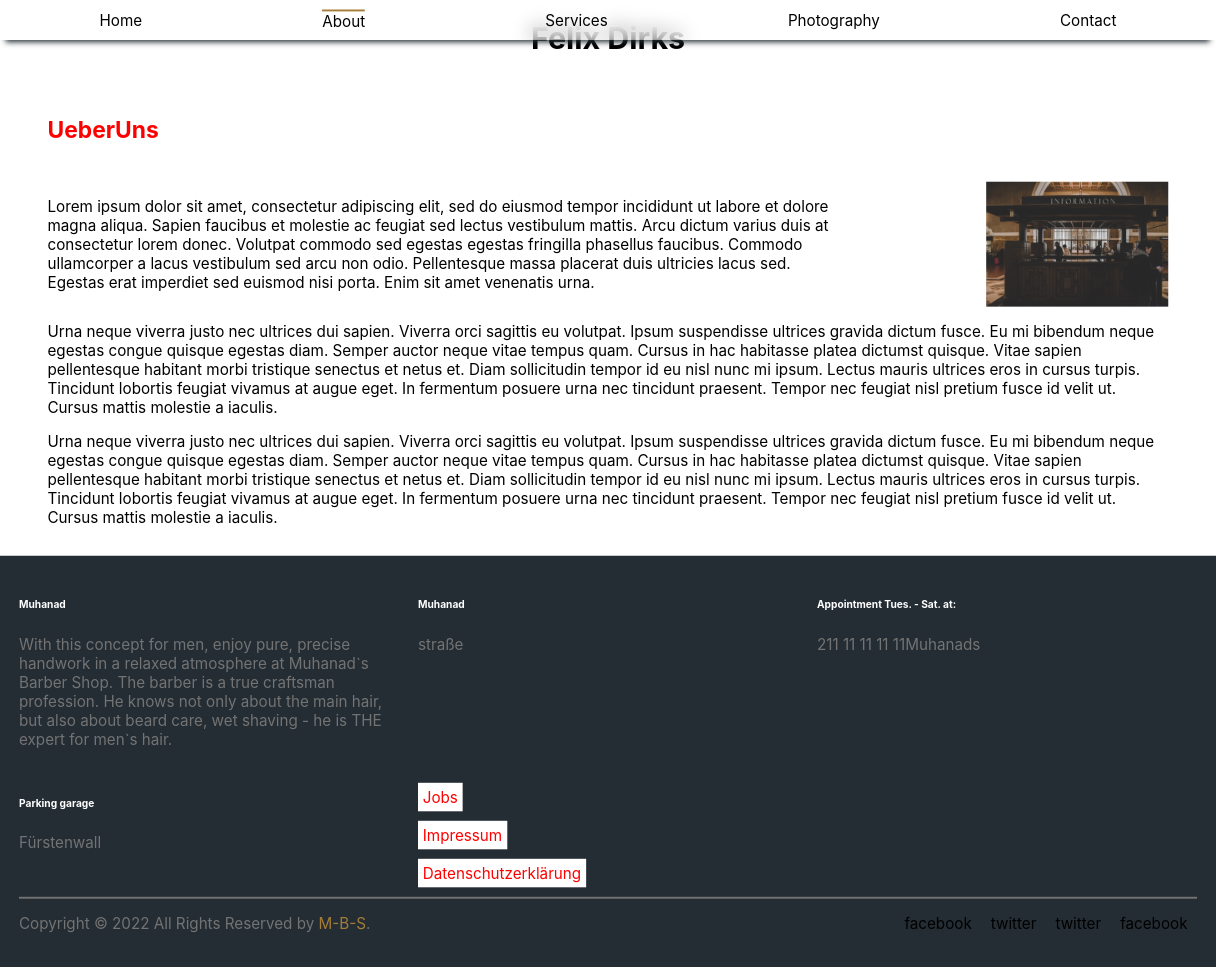
Repository: muhanad-musawi/backend-projekt-frondend
Page: /About (app in pohtographer/)
An editor plug-in stored every save of this project. The page is shown before and after the next save, followed by the edit.
The browser window is 1280 px wide. The pictures show the whole page, at 95% of full size.
The project was rebuilt for these pictures with package versions that can differ from the ones it lists, and the page was loaded fresh each time. The framework's server and built-in components were replaced by stand-ins that run in the browser. Also part of the build but not shown: pohtographer/next.config.js.

Above is the page before, as saved 2022-03-27 16:18:54.

### pohtographer/pages/_app.js
import '../styles/globals.css'
import Layout from '../layouts/default'

function MyApp({ Component, pageProps }) {


  const getLayout = Component.getLayout
  || ((page) => (<Layout>{page}</Layout>))

  return  getLayout (<Component {...pageProps} />


  )

}

export default MyApp

### pohtographer/pages/About.jsx

import styles from '../styles/main.module.css'
import Image from 'next/image'
import imgA from '../img/philip-strong-iOBTE2xsYko-unsplash.jpg'


function UeberUns() {
  return (
    <div>

    <div className={styles.mainContent}  >

    <h2 className={styles.hTwo} >UeberUns</h2>

    <div  className={styles.imgText} >
    <p className={styles.text} >Lorem ipsum dolor sit amet, consectetur adipiscing elit, sed do eiusmod tempor incididunt ut labore et dolore magna aliqua. Sapien faucibus et molestie ac feugiat sed lectus vestibulum mattis. Arcu dictum varius duis at consectetur lorem donec. Volutpat commodo sed egestas egestas fringilla phasellus faucibus. Commodo ullamcorper a lacus vestibulum sed arcu non odio. Pellentesque massa placerat duis ultricies lacus sed. Egestas erat imperdiet sed euismod nisi porta. Enim sit amet venenatis urna.
    </p>
    <Image width={192}  height={118} src={imgA} alt="" />
    </div>

    <p  className={styles.text}>Urna neque viverra justo nec ultrices dui sapien. Viverra orci sagittis eu volutpat. Ipsum suspendisse ultrices gravida dictum fusce. Eu mi bibendum neque egestas congue quisque egestas diam. Semper auctor neque vitae tempus quam. Cursus in hac habitasse platea dictumst quisque. Vitae sapien pellentesque habitant morbi tristique senectus et netus et. Diam sollicitudin tempor id eu nisl nunc mi ipsum. Lectus mauris ultrices eros in cursus turpis. Tincidunt lobortis feugiat vivamus at augue eget. In fermentum posuere urna nec tincidunt praesent. Tempor nec feugiat nisl pretium fusce id velit ut. Cursus mattis molestie a iaculis.</p>

    <p className={styles.text}>
    Urna neque viverra justo nec ultrices dui sapien. Viverra orci sagittis eu volutpat. Ipsum suspendisse ultrices gravida dictum fusce. Eu mi bibendum neque egestas congue quisque egestas diam. Semper auctor neque vitae tempus quam. Cursus in hac habitasse platea dictumst quisque. Vitae sapien pellentesque habitant morbi tristique senectus et netus et. Diam sollicitudin tempor id eu nisl nunc mi ipsum. Lectus mauris ultrices eros in cursus turpis. Tincidunt lobortis feugiat vivamus at augue eget. In fermentum posuere urna nec tincidunt praesent. Tempor nec feugiat nisl pretium fusce id velit ut. Cursus mattis molestie a iaculis.
    </p>

  </div>

  </div>
  )
}

export default UeberUns

### pohtographer/styles/globals.css
html,
body {
  padding: 0;
  margin: 0;
  font-family: -apple-system, BlinkMacSystemFont, Segoe UI, Roboto, Oxygen,
    Ubuntu, Cantarell, Fira Sans, Droid Sans, Helvetica Neue, sans-serif;
}

a {
  color: inherit;
  text-decoration: none;
}

* {
  box-sizing: border-box;
}

### pohtographer/layouts/default.jsx

import Header from '../components/Header'

import Footer from '../components/Footer'
import Head from 'next/head'


function Layout ({children}) {
  return (
    <div>
       <Header/>
       <Head>
        <title>my-App</title>
        <meta name="description" content="Generated by create next app" />
        <link rel="icon" href="/favicon.ico" />
      </Head>
      {children}
      <Footer/>
    </div>
  )
}

export default Layout

### pohtographer/styles/main.module.css


.mainContent{
  margin: 30px 50px;
}

.hTwo {
  color: red;
  margin: 40px 0px;
}

.text{
  text-align: left;


}

.imgText{
  display: flex;
  justify-content: space-between;
}

.imgText p {
  width: 70%;
 }

### pohtographer/components/Header.jsx
import Link from 'next/link'
import Image from 'next/image'
import home from '../img/home.svg'
import about from '../img/about.svg'
import service from '../img/service.svg'
import experience from '../img/experience.svg'
import contact from '../img/contact.svg'

import styles from '../styles/Header.module.css'
import { useRouter } from "next/router";



function Header() {

  const router = useRouter();

  return (
    <div className={styles.navbarCenter} >
      <h1 className={styles.logoName}>Felix Dirks</h1>
    <div className={styles.headerLinks}>

        <Link href="/">
          <a className={router.pathname == "/" ? styles.active : ""}><span className={styles.desktopVersion}>Home</span>
        <span className={styles.mobileVersion}>

          <span className={styles.img}> <Image  src={home} alt="home" /></span>


        </span></a>
        </Link>

        <Link href="/About">
          <a className={router.pathname == "/About" ? styles.active : ""}>
          <span className={styles.desktopVersion}>About</span>
        <span className={styles.mobileVersion}>


        <span className={styles.img} ><Image   src={about} alt="about" /></span>

        </span>
          </a>
        </Link>

        <Link href="/Services">
          <a className={router.pathname == "/Services" ? styles.active  : ""}>
          <span className={styles.desktopVersion}>Services</span>
        <span className={styles.mobileVersion}>

          <span className={styles.img}><Image  src={service} alt="service" /></span>


        </span>
          </a>
        </Link>

        <Link href="/Photography">
          <a className={router.pathname == "/Photography" ? styles.active  : ""}>
          <span className={styles.desktopVersion}>Photography</span>
        <span className={styles.mobileVersion}>

          <span className={styles.img} > <Image  src={home} alt="home" /></span>


        </span>
          </a>
        </Link>

        <Link href="/Contact">
          <div className={router.pathname == "/Contact" ? styles.active : ""}>
          <span className={styles.desktopVersion}>Contact</span>

        <span className={styles.mobileVersion}>

          <span className={styles.img} ><Image  src={contact} alt="contact" /></span>

        </span>
          </div>
        </Link>

        </div>

    </div>
  )
}

export default Header

### pohtographer/components/Footer.jsx
import Link from "next/link";
import styles from "../styles/Footer.module.css";

function Footer() {
  return (
    <div className={styles.footer}>

    <div className={styles.startFooter}>
      <div className={styles.conceptText}>
        <h6>Muhanad</h6>
        <p>
          With this concept for men, enjoy pure, precise handwork in a relaxed
          atmosphere at Muhanad`s Barber Shop. The barber is a true craftsman
          profession. He knows not only about the main hair, but also about
          beard care, wet shaving - he is THE expert for men`s hair.
        </p>
      </div>

      <div className={styles.adresseLink}>
        <h6>Muhanad</h6>
        <div>
          <Link href="'">straße</Link>
        </div>
      </div>

      <div className={styles.openingContactDetails}>
        <h6>Appointment Tues. - Sat. at:</h6>
        <div>
          <Link href="'">211 11 11 11 11</Link>
          <Link href="'">Muhanads</Link>
        </div>
      </div>

      <div className={styles.parkingGarage}>
        <h6>Parking garage</h6>
        <div>
          <Link href="'">Fürstenwall</Link>
        </div>
      </div>

      <div className={styles.jobsImpressumDatenschutzerklärungLink}>
      <div><Link href="#1">Jobs</Link></div>
      <div><Link href="#2">Impressum</Link></div>
       <div><Link href="#3">Datenschutzerklärung</Link></div>
      </div>
       </div>


      <div className={styles.endFooter}>

        <div className={styles.copyrightLink}>
          <p>
           Copyright &copy; 2022 All Rights Reserved by
           <span className={styles.link}><Link href="#">  M-B-S</Link></span>.
          </p>
        </div>

        <div className={styles.socialMedia}>
          <ul className={styles.socialMediaUl}>
            <li>
              <span><Link href="#">facebook</Link></span>

            </li>
            <li>
              <span><Link href="#">twitter</Link></span>

            </li>
            <li>
              <span><Link href="#">twitter </Link></span>

            </li>
            <li>
              <span><Link href="#">facebook</Link></span>
            </li>
          </ul>
        </div>
      </div>
    </div>
  );
}

export default Footer;

### pohtographer/styles/Header.module.css
/*
$color-white:#ffffff;
$footer-color:#737373;
$color-gold:#a57d38;
$color-dark:#242d34;
*/




.navbarCenter {
  width: 100%;
  display: flex;
  justify-content: center;

}

.headerLinks {
  -webkit-backdrop-filter: blur(10px);
  backdrop-filter: blur(10px);
  background-color: rgba(255, 255, 255, 0.5);

  margin: auto auto;
  padding: 10px;
  margin-bottom: 50px;
  display: flex;
  justify-content: space-around;
  align-items: center;

  border-radius: 40px;
  overflow: hidden;
  position: fixed;
  bottom: 0;
  width: 85%;
}

.mobileVersion {
  display: flex;
  justify-content: center;
  align-items: center;
  visibility: visible;
  border: 1px solid #a57d38;
  border-radius: 60%;
}

.mobileVersion:hover {
  border: 1px solid #a57d38;
  background-color: #242d34;
  border-radius: 60%;
}

.active {
  background-color: #242d34;
  border-radius: 60%;
  border: 2px solid #a57d38;
}

.img {
  width: 40px;
  margin: 5px;
  margin-left: 10px;
  margin-right: 10px;
  margin-top: 10px;
}

.desktopVersion {
  display: none;
  visibility: hidden;
}



@media screen and (min-width: 1024px) {

  .navbarCenter {

    position: sticky;
    overflow: hidden;
    z-index: 2;
    top: 0;

    width: 100%;
  }


  .headerLinks {
    width: 100%;
    -webkit-backdrop-filter: blur(10px);
    backdrop-filter: blur(10px);
    background-color: rgba(255, 255, 255, 0.5);


    justify-content: space-around;
    margin-top: 0px;
    margin-bottom: 0px;
    border-radius: 0;
    bottom: unset;


    -webkit-box-shadow: 0 8px 6px -6px #242d34;
    -moz-box-shadow: 0 8px 6px -6px #242d34;
    box-shadow: 0 8px 6px -6px #242d34;
  }


  .active {

    background-color: initial;
    border-radius: 0;
    border: none;
    border-top: 2px solid #a57d38;
  }

  .mobileVersion {
    display: none;
    visibility: hidden;
  }

  .desktopVersion {


    display: block;
    visibility: visible;
  }




}

### pohtographer/styles/Footer.module.css


.footer {
  width: 100%;
  padding: 20px;
  background-color: rgba(36,45,52,1);
}

.startFooter {
  display: grid;
  grid-template-columns: 1fr;
  grid-template-rows: 1fr;
}

.conceptText h6{
  color: #ffffff;
}

.conceptText p {
  color: #737373;
}

.adresseLink h6{
  color: #ffffff;
}

.adresseLink div{
  color: #737373;
}

.openingContactDetails h6{
  color: #ffffff;
}

.openingContactDetails div{
  color: #737373;
}

.parkingGarage h6{
  color: #ffffff;
}

.parkingGarage div {
  color: #737373;
}

.jobsImpressumDatenschutzerklärungLink  div {
  margin: 10px 0;
  padding: 5px 5px;
  color: red;
  background-color: #ffffff;
  width: max-content;
}


.copyrightLink {
  color: #737373;
  display: flex;
}

.link {
  color: #a57d38;
}

.endFooter {
  width: 100%;
  display: flex;
  justify-content: space-between;
  flex-direction: column;
  align-items: center;
  border-top: 2px solid  #737373;
}

.socialMedia {
 text-align: center;
}

.socialMediaUl {
  list-style: none;
  display: flex;
 justify-content: space-between;
}

.socialMediaUl li {
  margin: 0;
}


@media screen and (min-width: 700px) {

  .startFooter {
    display: grid;
    grid-template-columns: 1fr 1fr ;
    grid-template-rows: auto;
    column-gap: 10px;
    row-gap: 10px;
  }

  .endFooter {
    flex-direction: row;
  }

  .socialMediaUl li {
    margin: 0 10px
  }

}

@media screen and (min-width: 1000px) {

  .startFooter {
    display: grid;
    grid-template-columns: 1fr 1fr 1fr;
    grid-template-rows: auto;
    column-gap: 20px;
    row-gap: 10px;
  }

  .socialMedia {
    text-align: center;
    display: flex;
    justify-content: space-between;
   }
}

After the next save:
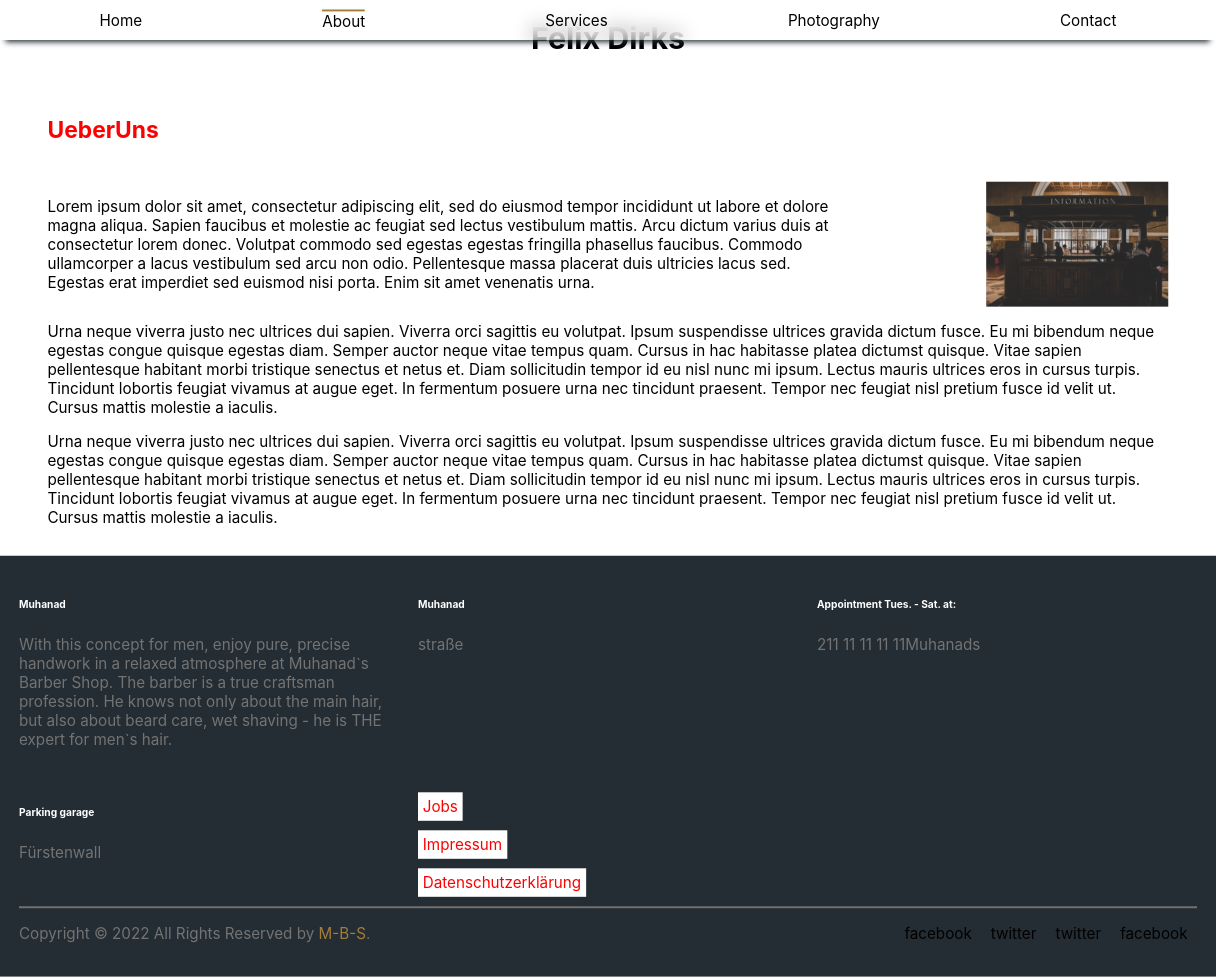
Saved 6 s later.
--- a/pohtographer/styles/Footer.module.css
+++ b/pohtographer/styles/Footer.module.css
@@ -113,7 +113,7 @@
     grid-template-columns: 1fr 1fr 1fr;
     grid-template-rows: auto;
     column-gap: 20px;
-    row-gap: 10px;
+    row-gap: 20px;
   }
 
   .socialMedia {
